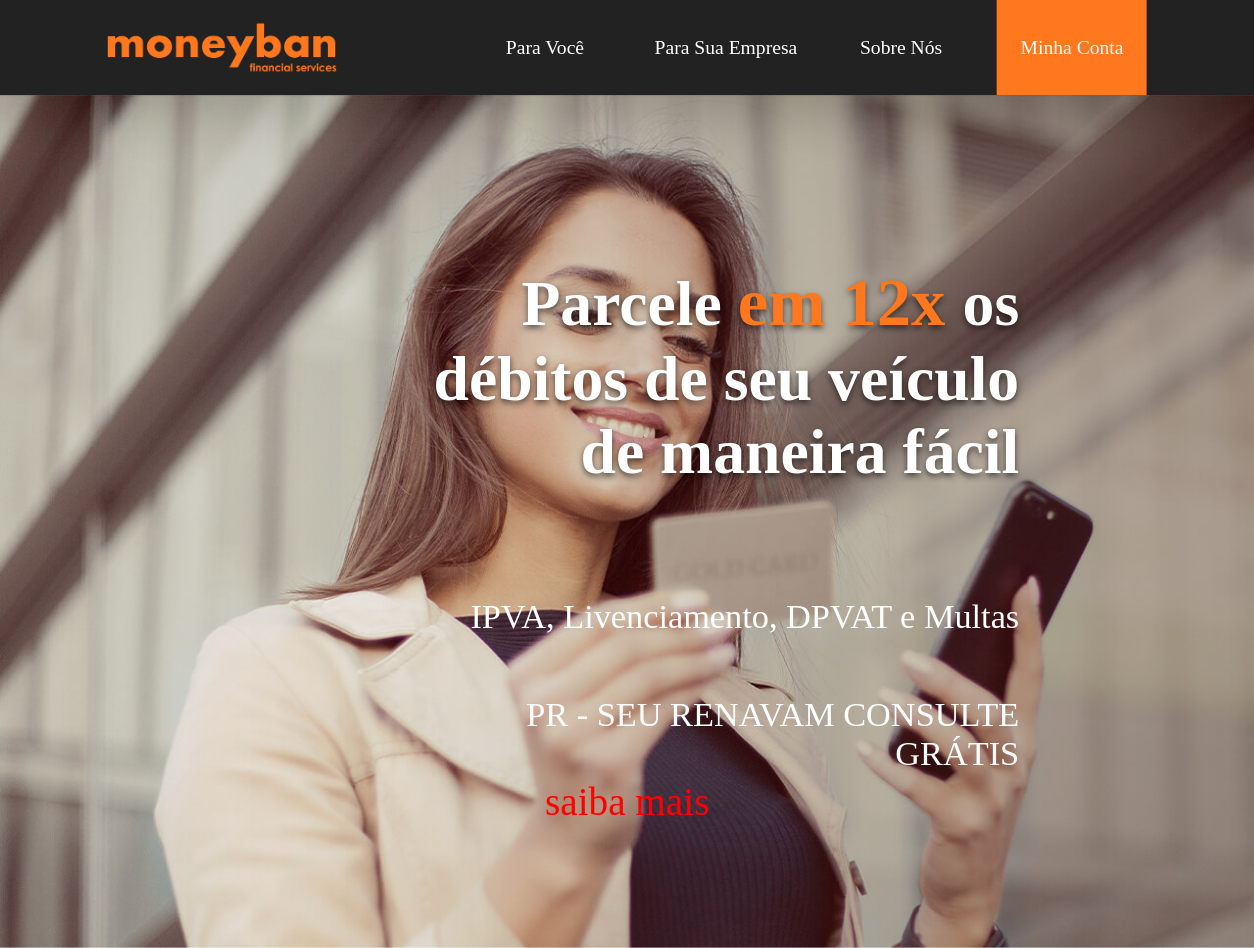
Repository: IvanCardoso91/moneyban
Page: index.html
An editor plug-in stored every save of this project. The page is shown before and after the next save, followed by the edit.
The browser window is 1280 px wide. The pictures show the whole page, at 98% of full size.
Some icons come from a web library that is not loaded, so they are not drawn. Some web fonts or font styles are not loaded; a fallback is used.

Above is the page before, as saved 2020-12-15 16:27:18.

### index.html
<!DOCTYPE html>
<html lang="en">

<head>
    <meta charset="UTF-8">
    <meta name="viewport" content="width=device-width, initial-scale=1.0">
    <link rel="stylesheet" href="./style/main-style.css" type="text/css">
    <link href="/Repositorios/site-moneyban/assets/fontawesome-free/css/all.css" rel="stylesheet">
    <title>Moneyban</title>
    <div class="menu-box">
        <div class="site-title">
            <img src="./assets/img/moneyban 3.png" alt="moneyban" width="233" height="49" />
        </div>
        <div class="menu-options">
            <div style="height: 100%; display: flex;align-items: center;">
                <button onclick="myFunction('personal')" class="menu-options-btn menu-options-text">Para Você <i class="fas fa-chevron-down"></i></button>
                <div style="position: absolute; margin-top: 335px;">
                    <div id="myDropdown" class="dropdown-content">
                        <a>Detran Parcelado</a>
                        <a>Credito Pessoal <span>(em breve)</span></a>
                        <a>Conta Digital <span>(em breve)</span></a>
                        <a>Cartão Internacional <span>(em breve)</span></a>
                        <a>Seguro de Celular <span>(em breve)</span></a>
                    </div>
                </div>
            </div>
            <div style="height: 100%; display: flex;align-items: center;">
                <button onclick="myFunction('enterprise')" class="menu-options-btn menu-options-text">Para Sua Empresa <i class="fas fa-chevron-down"></i></button>
                <div style="position: absolute; margin-top: 295px;">
                    <div id="enterpriseDropdown" class="dropdown-content" style="margin-left: 18px;">
                        <a>Detran Parcelado Frota</a>
                        <a>Capital de Giro <span>(em breve)</span></a>
                        <a>Conta Digital <span>(em breve)</span></a>
                        <a>Cartão Internacional <span>(em breve)</span></a>
                    </div>
                </div>
            </div>
            <div style="height: 100%; display: flex;align-items: center;">
                <span class="menu-options-text"><a>Sobre Nós</a></span>
            </div>
            <div class="menu-options-my-account"><a>Minha Conta</a></div>
        </div>
    </div>
</head>

<body>
    <div class="box-img1">
        <div class="right-side-box">
            <span class="right-side-text">Parcele <span style="color: #FF781D !important; font-size: 70px; font-weight: bold"> em 12x </span> os débitos de seu veículo de maneira fácil</span>
        </div>
        <div class="right-side-box2">
            <span class="right-side-text2">IPVA, Livenciamento, DPVAT e Multas</span>
        </div>
        <div class="right-side-box3">
            <span class="right-side-text2">PR - SEU RENAVAM CONSULTE GRÁTIS</span>
        </div>
        <div class="center-know-more">
            saiba mais
        </div>
    </div>





    <script type="text/javascript" src="./script/main-index.js"></script>
</body>

</html>

### style/main-style.css
@font-face {
    font-family: 'Century Gothic';
    src: url('/Repositorios/site-moneyban/assets/fonts/Century_Gothic.ttf')
}

body {
    margin: 0px;
}

a {
    cursor: pointer;
}


/* MENU HEADER */

.menu-box {
    background-color: #222222;
    width: 100%;
    display: flex;
    flex-direction: row;
    justify-content: space-evenly;
    height: 97px;
}

.site-title {
    display: flex;
    align-items: center;
}

.title-text {
    color: #FF781D;
    font-family: 'Century Gothic';
    font-weight: bold;
}

.subtitle-text {
    color: #FF781D;
    font-family: 'Century Gothic';
}

.menu-options {
    display: flex;
    align-items: center;
    justify-content: flex-end;
}

.menu-options-text {
    color: #FFFFFF;
    font-size: 20px;
    font-family: 'Century Gothic';
    margin-left: 56px;
    background-color: #0000;
    border-color: #0000;
    cursor: pointer;
}

.menu-options-text:focus {
    outline: 0;
}

.menu-options-my-account {
    background-color: #FF781D;
    color: #FFFFFF;
    font-size: 20px;
    font-family: 'Century Gothic';
    margin-left: 56px;
    height: 100%;
    display: flex;
    align-items: center;
    padding: 0px 24px;
}

.fa-chevron-down {
    color: #FF781D;
    pointer-events: none;
}


/* FIM DO MENU HEADER */


/* DROPDOWN */

.dropdown {
    position: relative;
    display: inline-block;
}

.dropdown-content {
    display: none;
    font-size: 14px;
    font-family: 'Century Gothic';
    background-color: #222222B3;
    cursor: pointer;
    opacity: 1;
    border: 2px solid transparent;
    border-top-color: #FF781D;
    transition: all 2s ease-in-out;
}

.dropdown-content a {
    color: #FFFFFF !important
}

.dropdown-content span {
    color: #FF781D !important;
    font-size: 10px
}

.dropdown-content a {
    color: black;
    padding: 12px 16px;
    text-decoration: none;
    display: block;
}

.dropdown a:hover {
    background-color: #ddd;
}

.show {
    display: flex;
    flex-direction: column;
    align-content: flex-start;
    width: 292px;
    padding: 15px;
}


/* FIM DO DROPDOWN */

.box-img1 {
    display: flex;
    flex-direction: column;
    align-items: flex-end;
    height: 870px;
    background-image: url('/Repositorios/site-moneyban/assets/img/bg-home-parcelar-documentos-carro-moto.jpg');
}

.right-side-box {
    margin-top: 172px;
    margin-right: 240px;
    width: 608px;
    height: 321px;
    text-align: right;
}

.right-side-box2 {
    padding: 20px 0px;
    margin-right: 240px;
    width: 608px;
    height: 80px;
    text-align: right;
}

.right-side-box3 {
    margin-right: 240px;
    width: 608px;
    height: 85px;
    text-align: right;
}

.right-side-text {
    font-size: 65px;
    font-family: 'Century Gothic';
    font-weight: bold;
    color: #FFFFFF;
    text-shadow: 0px 3px 6px #00000099;
}

.right-side-text2 {
    font-size: 35px;
    font-family: 'Century Gothic';
    font-weight: normal;
    color: #FFFFFF;
}

.center-know-more {
    align-self: center;
    font-size: 40px;
    color: red;
    height: 17%;
}

### script/main-index.js
function myFunction(option) {
    if (option === 'personal') {
        document.getElementById("myDropdown").classList.toggle("show");
        document.getElementById("enterpriseDropdown").classList.remove("show")
    } else {
        document.getElementById("enterpriseDropdown").classList.toggle("show");
        document.getElementById("myDropdown").classList.remove("show");
    }

}

// Close the dropdown if the user clicks outside of it
window.onclick = function(event) {
    if (!event.target.matches('.menu-options-btn')) {
        var dropdowns = document.getElementsByClassName("dropdown-content");
        var i;
        for (i = 0; i < dropdowns.length; i++) {
            var openDropdown = dropdowns[i];
            if (openDropdown.classList.contains('show')) {
                openDropdown.classList.remove('show');
            }
        }
    }
}

// NAO ESQUECER DE ADICIONAR O MÉTODO POST
{
    /* <form method="post" action="https://consulta.moneyban.com.br/licenciamento.php" name="form">
    	<input type="text" placeholder="Nome Completo" name="cnome">
    	<input type="email" placeholder="E-mail" name="cemail">
    	<input type="tel" placeholder="Telefone" name="cphone">
    	<input type="text" placeholder="Renavam" id="renavam" name="crenavam" maxlength="11">
    	<input type="hidden" name="cparceiro" value="">
    	<input type="hidden" name="cuf" value="PR">
    	<button type="submit" >Consultar Grátis</button>
    </form> */
}

After the next save:
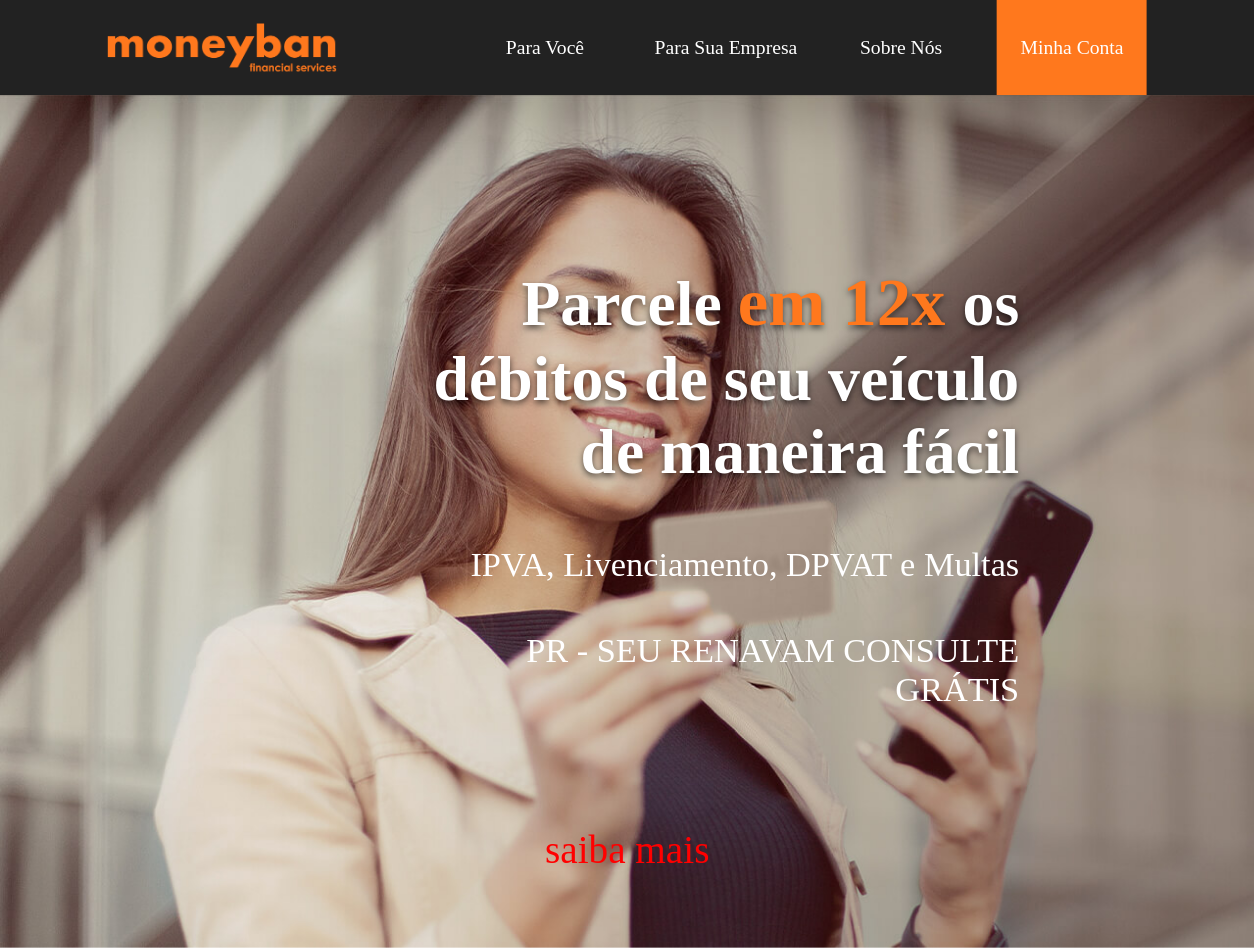
Saved 58 s later.
--- a/style/main-style.css
+++ b/style/main-style.css
@@ -159,6 +159,7 @@ a {
     width: 608px;
     height: 85px;
     text-align: right;
+    padding-bottom: 120px;
 }
 
 .right-side-text {
